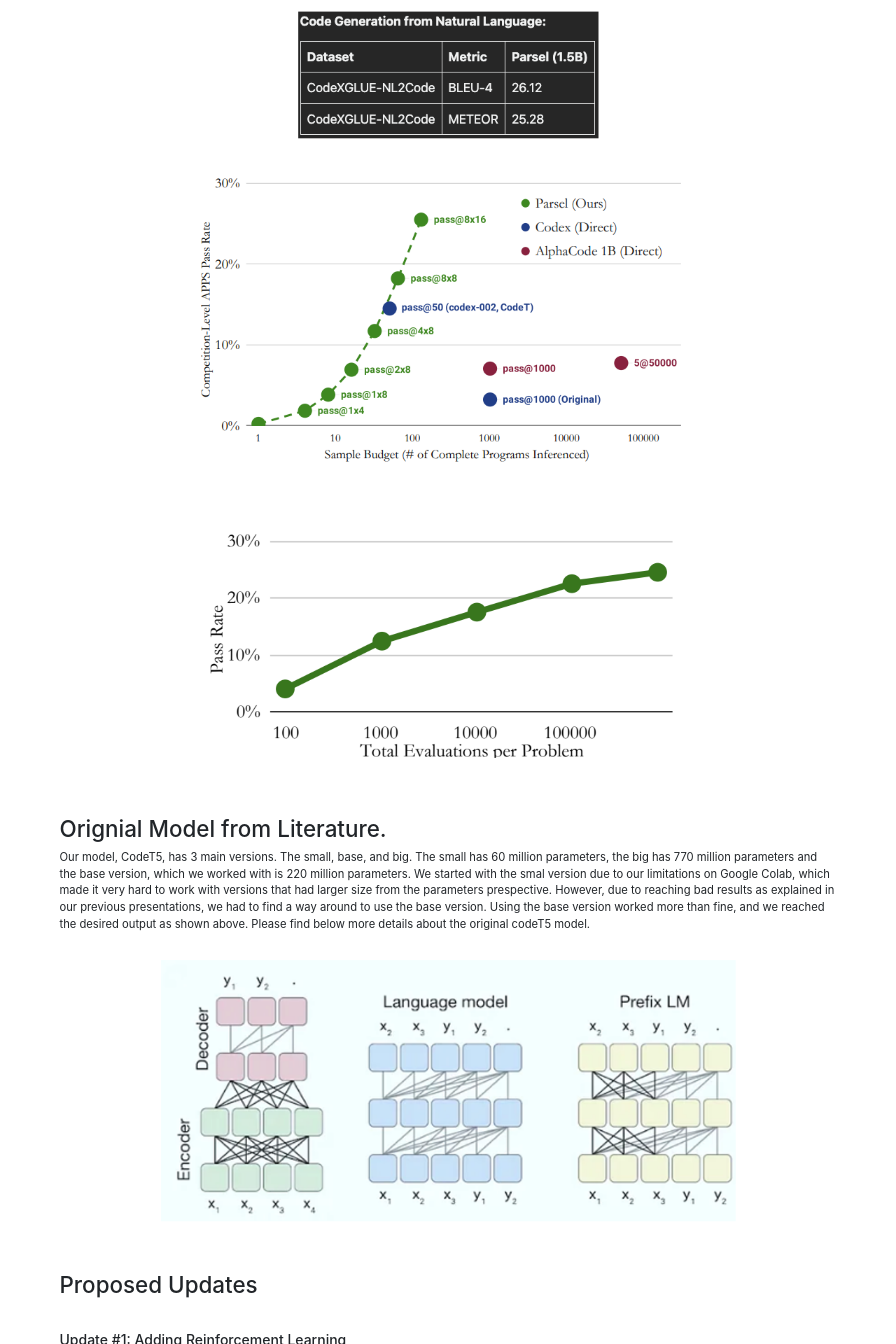
Repository: Shaalan-omar/ConcodePlus
Page: team-specific/index.html
The author's editor kept a copy of each file at every save. The page is drawn from the files as they stood at one save, then again after the next save.
The browser window is 1280 px wide. The pictures show the part of the page from y = 3811 to 5731 px (the page is 9581 px tall before and 9018 px after), at 70% of full size.

Above is the page before, as saved 2023-05-14 12:11:42.

### team-specific/index.html
<!DOCTYPE html>
<html lang="en">

<head>

  <meta charset="utf-8">
  <meta name="viewport" content="width=device-width, initial-scale=1, shrink-to-fit=no">
  <meta name="description" content="">
  <meta name="author" content="">

  <title>Code Generation / Documentation model based on CodeT5</title>

  <!-- Bootstrap core CSS -->
  <link href="../vendor/bootstrap/css/bootstrap.min.css" rel="stylesheet">

</head>

<body>

  <!-- Navigation -->
  <nav class="navbar navbar-expand-lg navbar-dark bg-dark static-top">
    <div class="container">
      <a class="navbar-brand" href="../home.html">Practical Machine Deep Learning</a>
      <button class="navbar-toggler" type="button" data-toggle="collapse" data-target="#navbarResponsive" aria-controls="navbarResponsive" aria-expanded="false" aria-label="Toggle navigation">
        <span class="navbar-toggler-icon"></span>
      </button>
      <div class="collapse navbar-collapse" id="navbarResponsive">
        <ul class="navbar-nav ml-auto">
          <li class="nav-item active">
            <a class="nav-link" href="../home.html">Home
              <span class="sr-only">(current)</span>
            </a>
          </li>
          <li class="nav-item">
            <a class="nav-link" href="../about.html">About</a>
          </li>
          <li class="nav-item">
            <a class="nav-link" href="../contact.html">Contact</a>
          </li>
        </ul>
      </div>
    </div>
  </nav>

  <!-- Page Content -->
  <div class="container">
    <div class="row">
      <div class="col-lg-12 text-center">
        <h1 class="mt-5">Code Generation / Documentation model based on CodeT5</h1>
        <ul class="list-unstyled">
          <li>Omar Shaalan 900193887</li>
          <li>Kyrollos Zakarya 900203309</li>
        </ul>
      </div>
    </div>


    <div class="row">
      <div class="col-lg-12 text-left">
        <h2 class="mt-5"></h2>

        <h1>
          Problem statement: -
           </h1>
           <p>
            Code generation is a very important in our current daily life. However, the documentation of the code is beyond important too,
            we need the code that is generated to have a documentation generated with it in order to be able to generate a code that is understandable
            and increase the efficency (we increase the efficency of the code by providing commented code, so it will be easier to understand and reuse or extract the
             needed parts from it)
          </p>
       <br/> <!-- Empty Line before the image -->
         <div class="img-container" align="center"> <!-- Block parent element -->
             <img src="resources/images/Screen Shot 2023-05-14 at 12.21.35 PM.png" class="img-fluid text-center">
         </div>

         <br/> <!-- Empty Line after the image -->

      </div>
    </div>

    <div class="row">
      <div class="col-lg-12 text-left">
        <h2 class="mt-5">Dataset</h2>

        <h3 class="mt-5">Old Dataset: -</h3>
        <p>
			Our initial plan was to work with the Cocode's task dataset (concode is the code generation task), this was initially our intution
      as our task, ConcodePlus(the commented code generation task), was going to generate the code that concode generated but with comments. However,
      in concode's dataset we only had the code and the Natural Language describing the code, but no dataset had the code itself with comments in the same coloumn,
      this of course limited our ways
      to train the model on genreating a documented code, as we had no clear dataset that had code, comments for that code, all we had was datasets having code and
      a natural language describing the code, as illustrated in the visualization of the Concode's dataset below.
    </p>
    <br/> <!-- Empty Line before the image -->
    <div class="img-container" align="center"> <!-- Block parent element -->
        <img src="resources/images/concode.png" class="img-fluid text-center">
    </div>
    <br/> <!-- Empty Line after the image -->
    <h3 class="mt-5">Modified Dataset: -</h3>
    <p>
  Hence, we had to make a major change, that will allow us to have a dataset that contains a pair consisting of code and a prompt as usual describing
      the code, but in the code's column we added comments to the code itself in the same coloumn.
      This was our own dataset, and we called PyPlus, as this dataset works on Python codes only, and the plus part is because it is the first of its
      type to contain code with detailed comments of the code in the same column, or at least the first
      of its type as an open source dataset, as we have found NO other open source or closed source (but this is hard to make sure of as closed source
      are like a black box, you cannot see what is inside them) dataset in python storing data in that way.
</p>
<br/> <!-- Empty Line before the image -->
<div class="img-container" align="center"> <!-- Block parent element -->
    <img src="resources/images/dataset.png" class="img-fluid text-center">
</div>

      </div>
    </div>

    <div class="row">
      <div class="col-lg-12 text-left">
        <h2 class="mt-5">Input/Output Examples</h2>
   <br>
      </br>



      </br>
         <h3>
			 Our Own Output: -
        </h3>

      	    <div class="img-container" align="center"> <!-- Block parent element -->
      		<img src="resources/images/output_real.png" class="img-fluid text-center">
    	</div>
      <!-- <p class = "center">
        Feel the difference?
     </p> -->
     <br>
    </br>

    	<br/> <!-- Empty Line after the image -->
      </div>
    </div>


    <div class="row">
      <div class="col-lg-12 text-left">
        <h2 class="mt-5">State of the art (PARSEL)</h2>

        <p>
			Parsel is an Open AI deep learning project, it has been the state of the art in the field of code generation task aloong with code summrization as shown below in the tables and the graphs.
      It is based on the GPT architecture (Generative Pre-trained Transformer), the version of Parsel mentioned in the tables below is the 1.5B, which refers to the larges Parsel version
      existing as it uses 1.5 Billion parameters.
      Even though it is a open source, the usage of Open AI APIs limited our usage and the freedom of adding our creativity.
		</p>

	  <br/> <!-- Empty Line before the image -->
	    <div class="img-container" align="center"> <!-- Block parent element -->
      		<img src="resources/images/parsel_code_sum.png" class="img-fluid text-center">
    	</div>
    	<br/> <!-- Empty Line after the image -->

    <br/> <!-- Empty Line before the image -->
	    <div class="img-container" align="center"> <!-- Block parent element -->
      		<img src="resources/images/Parsel_code_gen.png" class="img-fluid text-center">
    	</div>
    	<br/> <!-- Empty Line after the image -->
		<br/> <!-- Empty Line before the image -->
	    <div class="img-container" align="center"> <!-- Block parent element -->
      		<img src="resources/images/parsel_1.png" class="img-fluid text-center">
    	</div>
    	<br/> <!-- Empty Line after the image -->


      <br/> <!-- Empty Line before the image -->
	    <div class="img-container" align="center"> <!-- Block parent element -->
      		<img src="resources/images/parsel_3.png" class="img-fluid text-center">
    	</div>
    	<br/> <!-- Empty Line after the image -->
      </div>
    </div>



    <div class="row">
      <div class="col-lg-12 text-left">
        <h2 class="mt-5">Orignial Model from Literature.</h2>

        <p>
			Our model, CodeT5, has 3 main versions. The small, base, and big. The small has 60 million parameters, the big has 770 million parameters and the base version, which we worked with is 220 million parameters.
      We started with the smal version due to our limitations on Google Colab, which made it very hard to work with versions that had larger size from the parameters prespective. However, due to reaching bad results
      as explained in our previous presentations, we had to find a way around to use the base version. Using the base version worked more than fine, and we reached the desired output as shown above. Please find below
      more details about the original codeT5 model.
		</p>

		<br/> <!-- Empty Line before the image -->
	    <div class="img-container" align="center"> <!-- Block parent element -->
      		<img src="resources/images/codet5_arch.png" class="img-fluid text-center">
    	</div>
    	<br/> <!-- Empty Line after the image -->
      </div>
    </div>

    <div class="row">
      <div class="col-lg-12 text-left">
        <h2 class="mt-5">Proposed Updates</h2>


		<h5 class="mt-5">Update #1: Adding Reinforcement Learning</h5>
		<p>
			Give rewards when the generated documentation along with the code is correct and add negative rewards when the generation is not good.
		</p>
		<br/> <!-- Empty Line before the image -->
	    <div class="img-container" align="center"> <!-- Block parent element -->
      		<img src="resources/images/reinforcement.png" class="img-fluid text-center">
    	</div>
    	<br/> <!-- Empty Line after the image -->

      	<p>
			Hyperparameter tune the model. Base on one of the very famous concepts we took in our class is the concept of trial and error. Please feel free to try
      several times to change and tune the hyperprameters in order to reach better results. Feel free to share your outcomes with us.
		</p>
		<br/> <!-- Empty Line before the image -->
	    <div class="img-container" align="center"> <!-- Block parent element -->
      		<img src="resources/images/copyHyper.png" class="img-fluid text-center">
    	</div>
    	<br/> <!-- Empty Line after the image -->
      </div>
    </div>


    <div class="row">
      <div class="col-lg-12 text-left">
        <h2 class="mt-5">Results</h2>

        <p>
			Please find below our results obtained after adding our task, ConcodePlus, and the plots too.
		</p>

		<br/> <!-- Empty Line before the image -->
    	<h3 class="mt-5">It is obvious that there is something wrong with calculations of the metrics of concodePlus
      since the blue score definitely does not reflect the model performance. This can be due to the fact that we added
       a new task to the model without taking into account the synchronization required to measure these metrices for the
      new task specifically </h3>
      <div class="img-container" align="center"> <!-- Block parent element -->
      		<img src="resources/images/metrics_obtained.png" class="img-fluid text-center">
    	</div>
    	<br/> <!-- Empty Line after the image -->
	    <div class="img-container" align="center"> <!-- Block parent element -->
      		<img src="resources/images/dev_metric.png" class="img-fluid text-center">
    	</div>
    	<br/> <!-- Empty Line after the image -->
      		<br/> <!-- Empty Line before the image -->
	    <div class="img-container" align="center"> <!-- Block parent element -->
      		<img src="resources/images/dev2_metric.png" class="img-fluid text-center">
    	</div>
    	<br/> <!-- Empty Line after the image -->
      		<br/> <!-- Empty Line before the image -->
	    <div class="img-container" align="center"> <!-- Block parent element -->
      		<img src="resources/images/metric3.png" class="img-fluid text-center">
    	</div>
    	<br/> <!-- Empty Line after the image -->
      </div>
    </div>


    <div class="row">
      <div class="col-lg-12 text-left">
        <h2 class="mt-5">Technical report</h2>

        <p>
			LEft Here you will detail the details related to training, for example: Filled With KYRO
		</p>

	 	<ul>
		  <li>Programming framework</li>
		  <li>Training hardware i.e. colab or azure or anything else</li>
		  <li>Training time</li>
		  <li>Number of epochs</li>
		  <li>Time per epoch</li>
		  <li>Any other important detail or difficulties</li>
		</ul>
      </div>
    </div>

	<div class="row">
	  <div class="col-lg-12 text-left">
	    <h2 class="mt-5">Conclusion</h2>

	    <p>
			In conclusion we have reached our goal by generating documented code by adding the new task, ConcodePlus to CodeT5, and by creating a new dataset which is PyPlus. As shown in the output provided above it is clear that our code has a documentation of the purpose of the function. We have some promising results and some results that still need to work on.
      We also have room for future improvement, which is adding the reinforcement learning to the ConcodePlus. One of the very nice lessons that we learned was the visualization of what we theortically studied in class, the project was more challenging than the assignments and that made us more motivated and dedicated towards having the desired output. We also
      learned how to work as a team to achieve the maximum potential and the maximum benefit. A very intersting finding was not found, but actually it was created, which was the dataset modification. Both of us would have never imagined that we would create a dataset that fits for these type of problems and projects, this dataset may be the first step in a world
      of trials and great achievements in the code generation models in the future.
		</p>

	  </div>
	</div>

	<div class="row">
	  <div class="col-lg-12 text-left">
	    <h2 class="mt-5">References</h2>

	    <p>
	    	List all references here, the following are only examples
	    </p>

		<ol>
		  <li><a href="https://arxiv.org/pdf/2212.10561v2.pdf">Parsel Paper</a></li>
      <li><a href="https://microsoft.github.io/CodeXGLUE/">Parsel Code Summarization Table</a></li>
      <li><a href="https://microsoft.github.io/CodeXGLUE/">Parsel Code Generation Table</a></li>
		  <li><a href="https://arxiv.org/pdf/2109.00859v1.pdf">CodeT5 Paper</a></li>
		  <li><a href="https://medium.com/analytics-vidhya/t5-a-detailed-explanation-a0ac9bc53e51">CodeT5 Architecture Paper</a></li>
		  <li><a href="http://www.google.com">Dataset Link LEFT need to upload it to github</a></li>
		</ol>
	  </div>
	</div>

  </div>



  <!-- Bootstrap core JavaScript -->
  <script src="../vendor/jquery/jquery.slim.min.js"></script>
  <script src="../vendor/bootstrap/js/bootstrap.bundle.min.js"></script>

</body>

</html>

Loaded but not shown: vendor/bootstrap/css/bootstrap.min.css (library); vendor/jquery/jquery.slim.min.js (library); vendor/bootstrap/js/bootstrap.bundle.min.js (library)

After the next save:
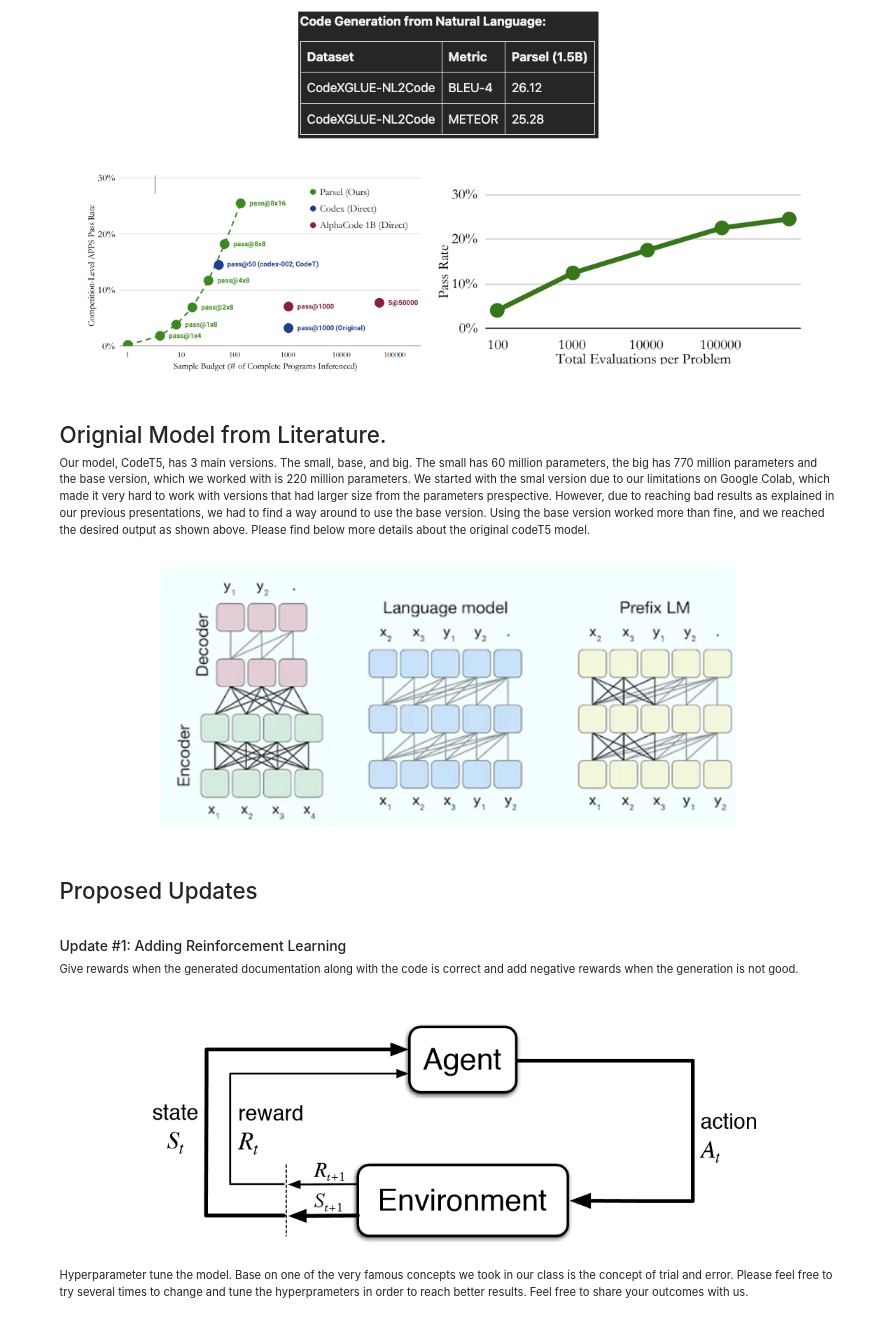
Saved 19 min 58 s later.
--- a/team-specific/index.html
+++ b/team-specific/index.html
@@ -164,14 +164,7 @@
     	<br/> <!-- Empty Line after the image -->
 		<br/> <!-- Empty Line before the image -->
 	    <div class="img-container" align="center"> <!-- Block parent element -->
-      		<img src="resources/images/parsel_1.png" class="img-fluid text-center">
-    	</div>
-    	<br/> <!-- Empty Line after the image -->
-
-
-      <br/> <!-- Empty Line before the image -->
-	    <div class="img-container" align="center"> <!-- Block parent element -->
-      		<img src="resources/images/parsel_3.png" class="img-fluid text-center">
+      		<img src="resources/images/Screeneeee.png" class="img-fluid text-center">
     	</div>
     	<br/> <!-- Empty Line after the image -->
       </div>
